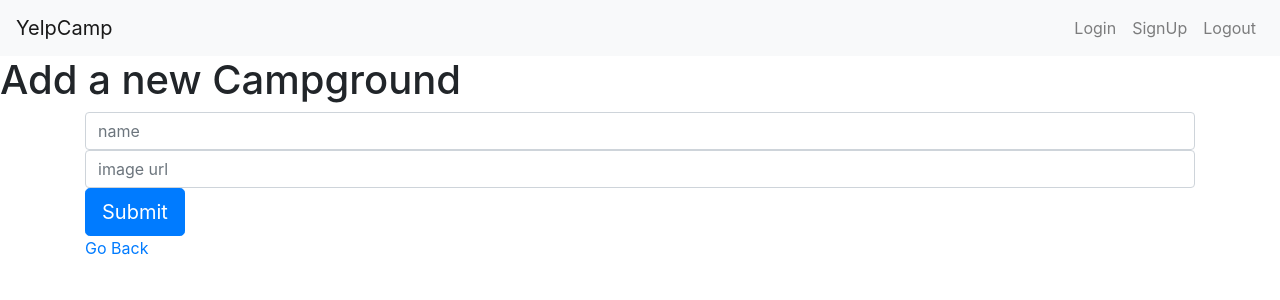
Repository: ninad1999/Yelp-Camp
Page: http://localhost/campgrounds/new
The author's editor kept a record of every edit. The page is drawn from the files as they stood at one moment, then again after the next edit.
The browser window is 1280 px wide. The pictures show the whole page.
The page is served by the project's Node server (V1/app.js).

Above is the page before.

After the next edit:
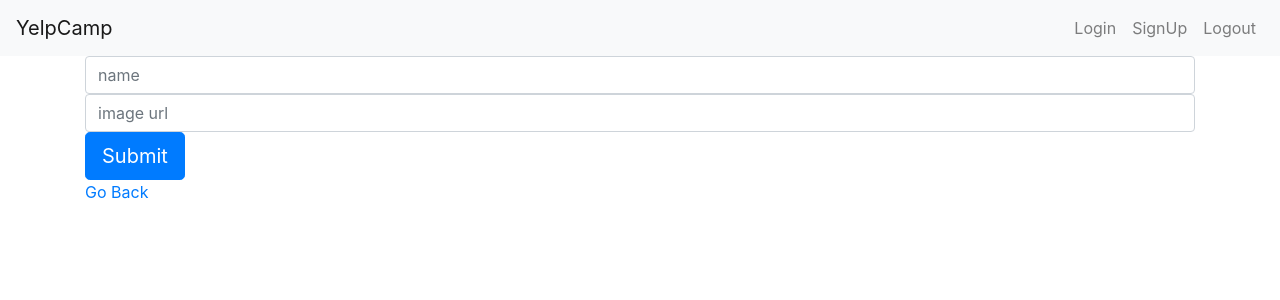
The edit:
--- a/workspace/V1/views/new.ejs
+++ b/workspace/V1/views/new.ejs
@@ -1,5 +1,5 @@
 <% include partials/header %>
-<h1>Add a new Campground</h1>
+
 
 <div class="container">
     <form action="/campgrounds" method="POST">
